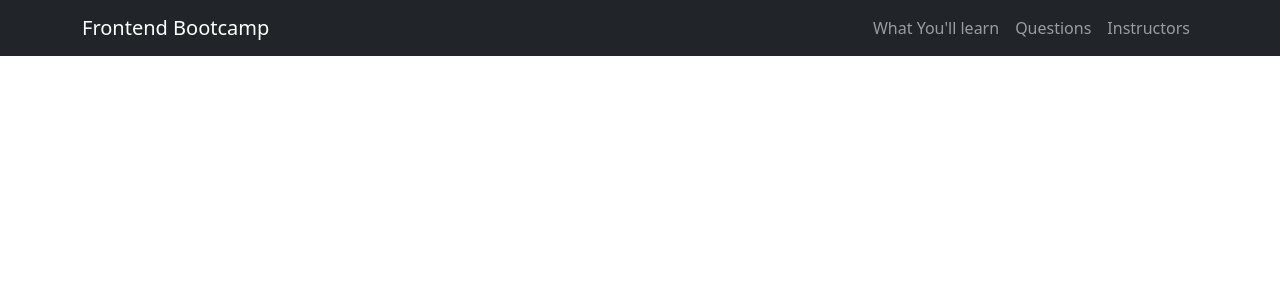
Repository: Marhamat92/Bootstrap5-Responsive-Website-
Page: index.html
An editor plug-in stored every save of this project. The page is shown before and after the next save, followed by the edit.
The browser window is 1280 px wide. The pictures show the whole page.

Above is the page before, as saved 2021-09-18 15:50:35.

After the next save:
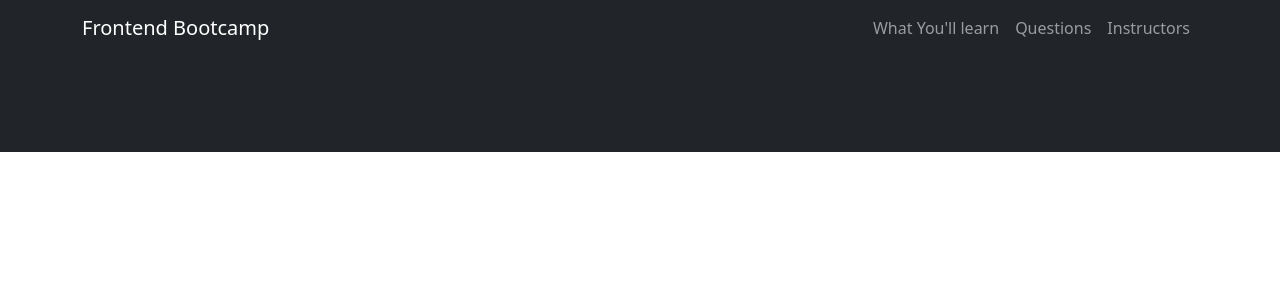
Saved 4 min 5 s later.
--- a/index.html
+++ b/index.html
@@ -13,6 +13,7 @@
 </head>
 
 <body>
+    <!--Navbar-->
     <nav class="navbar navbar-expand-lg bg-dark navbar-dark">
         <div class="container">
             <a href="#" class="navbar-brand">Frontend Bootcamp</a>
@@ -35,6 +36,9 @@
         </div>
     </nav>
 
+<!--Showcase-->
+
+<section class=" bg-dark text-light p-5 text-center"></section>
 
 
 
